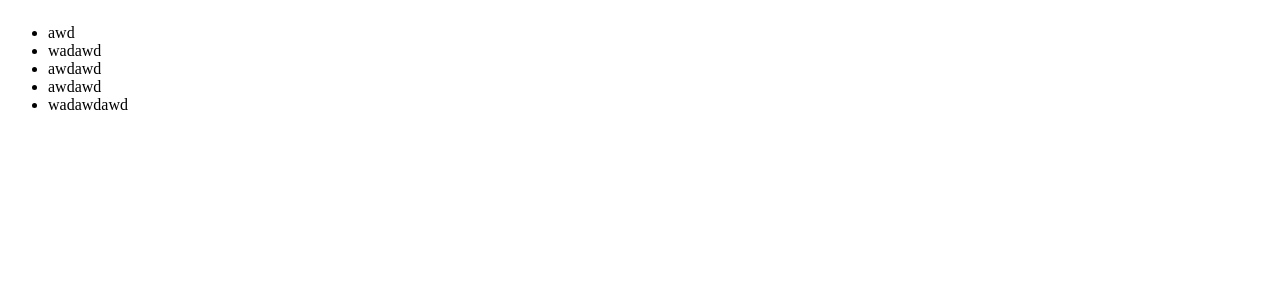
Repository: nguyenthibaongoc1603/Quynh
Page: test.html
The author's editor kept a copy of each file at every save. The page is drawn from the files as they stood at one save, then again after the next save.
The browser window is 1280 px wide. The pictures show the whole page.

Above is the page before, as saved 2022-05-16 16:39:04.

After the next save:
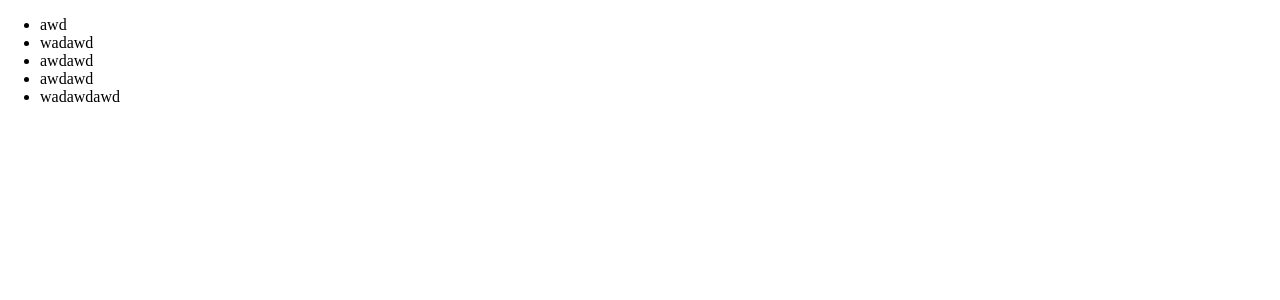
Saved 10 s later.
--- a/test.html
+++ b/test.html
@@ -8,7 +8,9 @@
     <style>
         nav {
             position: fixed;
-
+            left: 0;
+            top: 0;
+            bottom: 0;
         }
     </style>
 </head>
